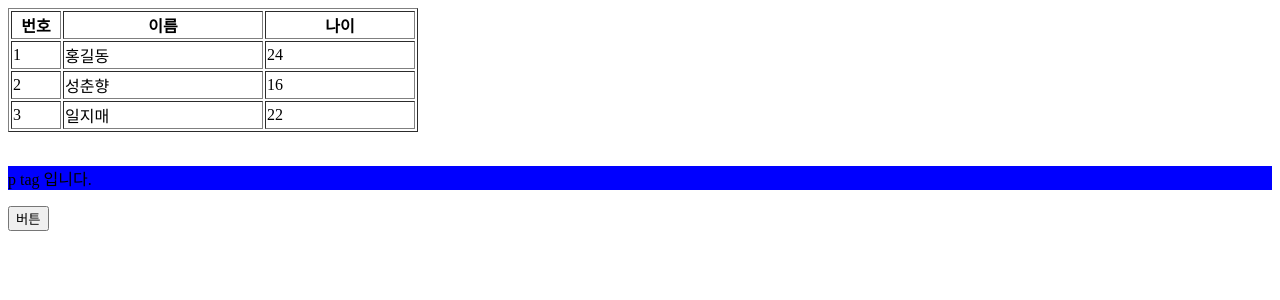
Repository: suhong99/JqueryLecture
Page: sample02/src/main/webapp/index1.html
The author's editor kept a copy of each file at every save. The page is drawn from the files as they stood at one save, then again after the next save.
The browser window is 1280 px wide. The pictures show the whole page.
After loading, the first visible `button` was clicked once.

Above is the page before, as saved 2023-06-26 04:51:40.

After the next save:
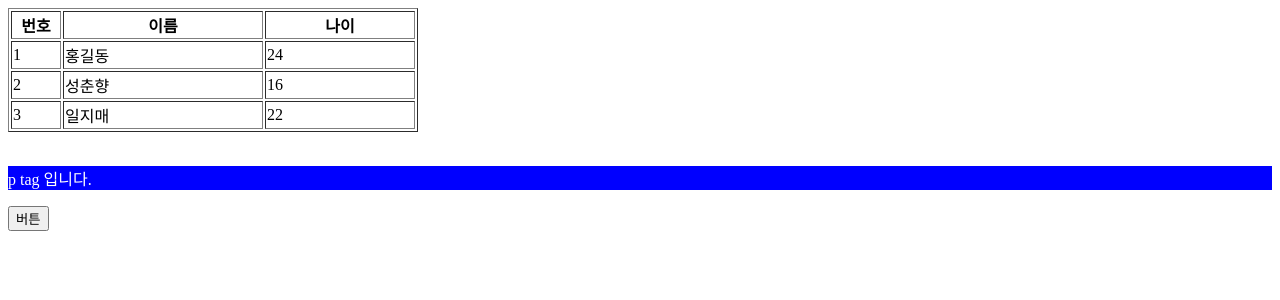
Saved 74 s later.
--- a/sample02/src/main/webapp/index1.html
+++ b/sample02/src/main/webapp/index1.html
@@ -47,6 +47,8 @@ $(document).ready(function(){
 		$("p").attr("id","demo");
 		$("p").attr("class","cls");
 		$("p").css("background","#0000ff");
+		$("p").css({"background":"#0000ff","color":"#ffffff"});
+
 	});
 })
 </script>
